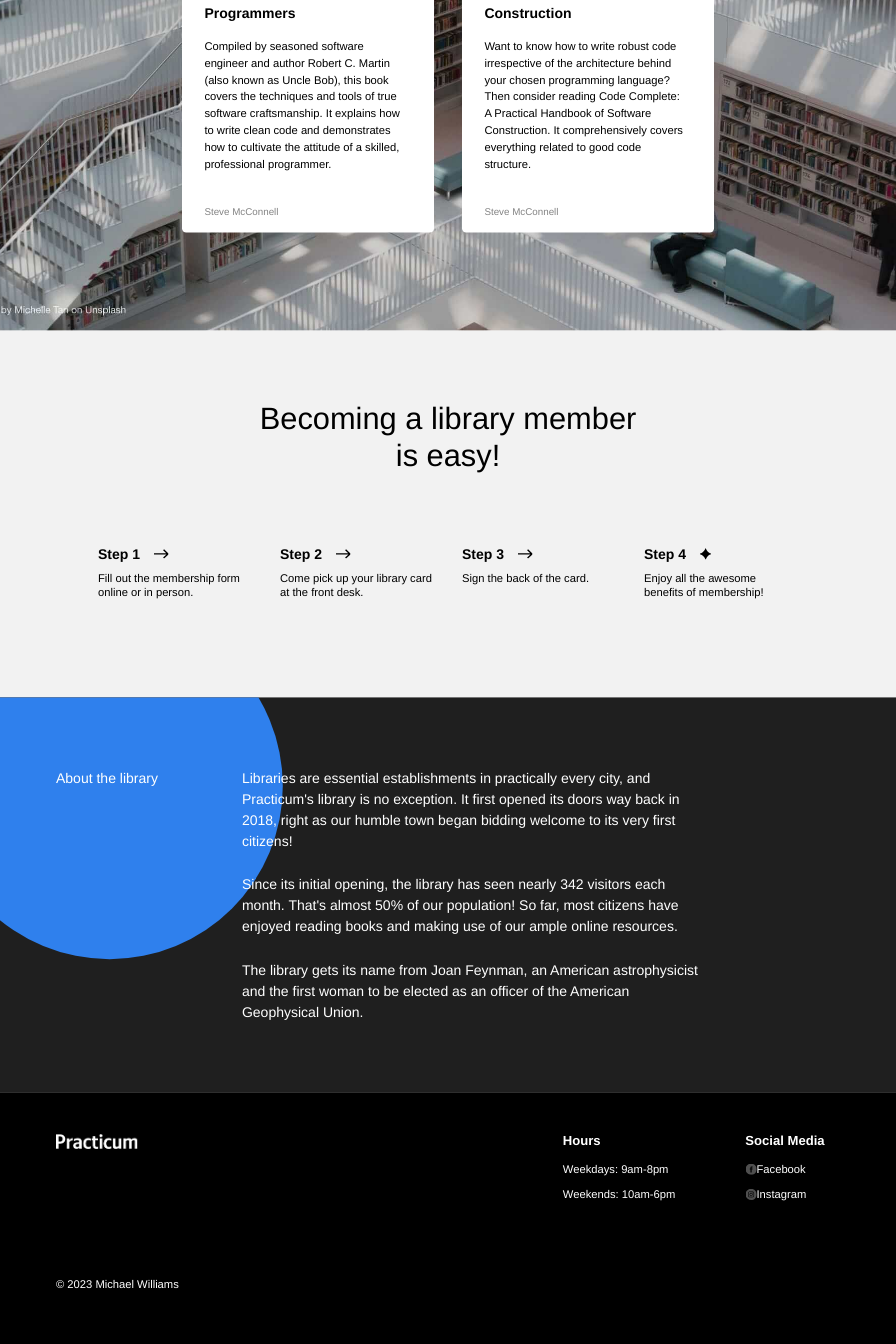
Repository: MWilliams-26/se_project_library
Page: index.html
An editor plug-in stored every save of this project. The page is shown before and after the next save, followed by the edit.
The browser window is 1280 px wide. The pictures show the part of the page from y = 2366 to 4286 px (the page is 4286 px tall), at 70% of full size.

Above is the page before, as saved 2023-04-05 09:58:18.

### index.html
<!DOCTYPE html>
<html lang="en">
  <head>
    <meta charset="UTF-8" />
    <meta name="viewport" content="width=device-width, initial-scale=1.0" />
    <title>Practicum Library</title>
    <link rel="shortcut icon" href="favicon.ico" />
    <link rel="stylesheet" href="./styles/normalize.css" />
    <link rel="stylesheet" href="./styles/style.css" />
  </head>

  <body>
    <!-- Wrap the entire page content in a new div with the page class. Remember to add the closing tag -->
    <div class="page">
      <header class="header">
        <nav class="nav">
          <img
            src="./images/logo.png"
            alt="Practicum Library Logo"
            class="logo"
          />
          <!-- Putting navigation links in a list is supposed to be the best practice of writing the semantic code since it allows screen readers to pause between each link instead of reading all the links as a sentence. -->
          <ul class="nav__links">
            <li>
              <a class="nav__link" href="#staff">Staff picks</a>
            </li>
            <li>
              <a class="nav__link" href="#events">Events</a>
            </li>
            <li>
              <a class="nav__link" href="#membership">Become a member</a>
            </li>
            <li>
              <a class="nav__link" href="#about">About</a>
            </li>
            <li>
              <a class="nav__link" href="#footer">Contacts</a>
            </li>
          </ul>
        </nav>
        <h1 class="header__title">Welcome to the Practicum Library</h1>
        <p class="header__description">
          We're pleased to open our library doors to everyone! Come and expand
          your development knowledge, or just use this lovely spot to work or
          study. This is a cool place for cool students!
        </p>
        <!-- ----------------------------------------------------------------- -->
        <!--               Don't uncomment until project stage 2               -->
        <!-- ----------------------------------------------------------------- -->
        <img
          src="./images/inside_the_library.png"
          alt="Illustration 'Inside the library'"
          class="header__image"
        />
        <div class="header__footer">
          <a class="header__link" href="#about">About the library &darr;</a>
          <p class="header__address">
            200 Success Avenue, The Town of Practicum
          </p>
        </div>
      </header>

      <main class="content">
        <section id="events" class="events">
          <div class="events__content">
            <h2 class="events__heading">Upcoming events:</h2>
            <h3 class="events__title">
              In honor of Joan Feynman: Women in astrophysics
            </h3>
            <div class="event-info events__info-section">
              <div class="event-info__item">
                <div
                  class="event-info__icon event-info__icon_type_calendar"
                ></div>
                <p class="event-info__text">Mon, January 12</p>
              </div>
              <div class="event-info__item">
                <div class="event-info__icon event-info__icon_type_pin"></div>
                <p class="event-info__text">
                  Practicum Library Conference Hall & Online
                </p>
              </div>
            </div>
            <p class="events__description">
              At this event, which celebrates the library's namesake, our guest
              lecturer will take us on a journey exploring some of the most
              prominent female researchers in the world of space science. It's
              easy to buy into the misconception that this field was mostly
              dominated by men, but our lecture aims to change that notion and
              prove that this hasn't been the case since at least the 18th
              century.
            </p>
            <a href="#" class="events__more">More events &rarr;</a>
          </div>
          <div class="events__cover">
            <img
              class="events__image"
              src="images/cafe.png"
              alt="events image"
            />
            <div class="person person_name_feynman">
              <p class="person__caption">Joann Feynman</p>
              <img
                class="person__image person__image_size_l"
                src="images/person_feynman.png"
                alt="Joann Feyman"
              />
            </div>
            <div class="person person_name_burbidge">
              <p class="person__caption">Margaret Burbidge</p>
              <img
                class="person__image person__image_size_m"
                src="images/person_burbidge.png"
                alt="Margaret Burbidge"
              />
            </div>
            <div class="person person_name_cannon">
              <img
                class="person__image person__image_size_m"
                src="images/person_cannon.png"
                alt="Annie Jump Cannon"
              />
              <p class="person__caption">Annie Jump Cannon</p>
            </div>
            <div class="person person_name_mitchell">
              <img
                class="person__image person__image_size_s"
                src="images/person_mitchell.png"
                alt="Maria Mitchell"
              />
              <p class="person__caption">Maria Mitchell</p>
            </div>
            <div class="person person_name_tarter">
              <p class="person__caption">Jill Tarter</p>
              <img
                class="person__image person__image_size_m"
                src="images/person_tarter.png"
                alt="Jill Tarter"
              />
            </div>
          </div>
        </section>

        <section id="staff" class="staff">
          <h2 class="staff__title">Staff picks</h2>
          <p class="staff__subtitle">That our readers love</p>
          <ul class="staff__cards">
            <li class="card">
              <div class="card__content">
                <h3 class="card__title">Introduction to Algorithms</h3>
                <p class="card__text">
                  The name of this book is self-explanatory; it's a proper
                  introduction to algorithms! Introduction to Algorithms, or
                  CLRS, in reference to the authors' last names, goes in-depth
                  and covers a range of algorithms across several self-contained
                  chapters.
                </p>
                <p class="card__footer">
                  Thomas H. Cormen, Charles E. Leiserson, Ronald L. Rivest,
                  Clifford Stein
                </p>
              </div>
            </li>

            <li class="card">
              <div class="card__content">
                <h3 class="card__title">
                  The Structure and Interpretation of Computer Programs (SICP)
                </h3>
                <p class="card__text">
                  This is one of the best books for learning the fundamentals of
                  programming. Featured by MIT in one of their foundational
                  programming courses, SICP is a general-purpose programming
                  book that uses Scheme to illustrate various programming
                  concepts.
                </p>
                <p class="card__footer">
                  Harold Abelson, Gerald Jay Sussman, Julie Sussman
                </p>
              </div>
            </li>

            <li class="card">
              <div class="card__content">
                <h3 class="card__title">
                  The Clean Coder: A Code of Conduct for Professional
                  Programmers
                </h3>
                <p class="card__text">
                  Compiled by seasoned software engineer and author Robert C.
                  Martin (also known as Uncle Bob), this book covers the
                  techniques and tools of true software craftsmanship. It
                  explains how to write clean code and demonstrates how to
                  cultivate the attitude of a skilled, professional programmer.
                </p>
                <p class="card__footer">Steve McConnell</p>
              </div>
            </li>

            <li class="card">
              <div class="card__content">
                <h3 class="card__title">
                  Code Complete: A Practical Handbook of Software Construction
                </h3>
                <p class="card__text">
                  Want to know how to write robust code irrespective of the
                  architecture behind your chosen programming language? Then
                  consider reading Code Complete: A Practical Handbook of
                  Software Construction. It comprehensively covers everything
                  related to good code structure.
                </p>
                <p class="card__footer">Steve McConnell</p>
              </div>
            </li>
          </ul>
        </section>

        <section id="membership" class="membership">
          <h2 class="membership__title">Becoming a library member is easy!</h2>
          <ul class="membership__steps">
            <li class="step">
              <h3 class="step__title">
                Step 1
                <img
                  src="./images/icon_step_forward.svg"
                  alt="icon forward"
                  class="step__icon"
                />
              </h3>
              <p class="step__description">
                Fill out the membership form online or in person.
              </p>
            </li>
            <li class="step">
              <h3 class="step__title">
                Step 2
                <img
                  src="./images/icon_step_forward.svg"
                  alt="icon forward"
                  class="step__icon"
                />
              </h3>
              <p class="step__description">
                Come pick up your library card at the front desk.
              </p>
            </li>
            <li class="step">
              <h3 class="step__title">
                Step 3
                <img
                  src="./images/icon_step_forward.svg"
                  alt="icon forward"
                  class="step__icon"
                />
              </h3>
              <p class="step__description">Sign the back of the card.</p>
            </li>
            <li class="step">
              <h3 class="step__title">
                Step 4
                <img
                  src="./images/icon_step_finish.svg"
                  alt="icon finish"
                  class="step__icon"
                />
              </h3>
              <p class="step__description">
                Enjoy all the awesome benefits of membership!
              </p>
            </li>
          </ul>
        </section>

        <section id="about" class="about">
          <h2 class="about__title">About the library</h2>
          <div class="about__content">
            <p class="about__paragraph">
              Libraries are essential establishments in practically every city,
              and Practicum's library is no exception. It first opened its doors
              way back in 2018, right as our humble town began bidding welcome
              to its very first citizens!
            </p>
            <p class="about__paragraph">
              Since its initial opening, the library has seen nearly 342
              visitors each month. That's almost 50% of our population! So far,
              most citizens have enjoyed reading books and making use of our
              ample online resources.
            </p>
            <p class="about__paragraph">
              The library gets its name from Joan Feynman, an American
              astrophysicist and the first woman to be elected as an officer of
              the American Geophysical Union.
            </p>
          </div>
          <div class="about__circle"></div>
        </section>
      </main>
      <footer id="footer" class="footer">
        <div class="footer__columns">
          <div class="footer__column">
            <img
              class="footer__logo"
              src="images/logo_white.png"
              alt="Practicum Logo"
            />
          </div>
          <div class="footer__column footer__column_content_hours">
            <h3 class="footer__column-heading">Hours</h3>
            <ul class="footer__list">
              <li class="footer__list-item">Weekdays: 9am-8pm</li>
              <li class="footer__list-item">Weekends: 10am-6pm</li>
            </ul>
          </div>
          <div class="footer__column footer__column_content_social">
            <h3 class="footer__column-heading">Social Media</h3>
            <ul class="footer__list">
              <li class="footer__list-item">
                <a class="footer__column-link" href="#">
                  <img
                    class="footer__social-icon"
                    src="images/facebook_white.svg"
                    alt="Facebook Icon"
                  />Facebook</a
                >
              </li>
              <li class="footer__list-item">
                <a class="footer__column-link" href="#">
                  <img
                    class="footer__social-icon"
                    src="images/instagram_white.svg"
                    alt="Instagram Icon"
                  />Instagram</a
                >
              </li>
            </ul>
          </div>
        </div>
        <p class="footer__copyright">&copy; 2023 Michael Williams</p>
      </footer>
    </div>
  </body>
</html>

### styles/style.css
.page {
  min-width: 1100px;
  max-width: 1600px;
  margin: 0 auto;
  font-family: Helvetica Neue, Arial, sans-serif;
  font-size: 16px;
  line-height: 20px;
}

.header {
  height: 100vh;
  min-height: 720px;
  max-height: 800px;
  padding: 30px 80px 0;
  position: relative;
  box-sizing: border-box;
}

.nav {
  display: flex;
  justify-content: space-between;
  align-items: stretch;
}

.logo {
  width: 196px;
  height: 60px;
}

.nav__links {
  margin-top: 8px;
  display: flex;
  column-gap: 20px;
  list-style: none;
  padding-left: 0;
}

.nav__link {
  color: #000000;
  text-decoration: none;
  font-weight: bold;
}

.nav__link:hover {
  color: #1f69c9;
}

.header__title {
  font-size: 66px;
  line-height: 76px;
  font-weight: 500;
  max-width: 544px;
  margin-top: 150px;
  margin-bottom: 32px;
}

.header__description {
  font-size: 20px;
  line-height: 30px;
  max-width: 532px;
  margin: 0;
}

.header__image {
  position: absolute;
  max-width: 636px;
  top: 135px;
  right: 20px;
  z-index: 1;
}

.header__footer {
  position: absolute;
  left: 0;
  bottom: 40px;
  width: 100%;
  display: flex;
  align-items: center;
  padding: 40px 80px 0;
  justify-content: space-between;
  box-sizing: border-box;
}

.header__link {
  color: #2f80ed;
  text-decoration: none;
}

.header__link:hover {
  color: #1f69c9;
}

.header__address {
  margin: 0;
  color: #838383;
}

.events {
  padding: 100px 0 120px 80px;
  display: flex;
  align-items: start;
  justify-content: space-between;
  box-sizing: border-box;
  background-color: #f2f2f2;
}
.events__content {
  flex-basis: 580px;
}

.events__heading {
  font-size: 20px;
  font-weight: 500;
  line-height: 30px;
  margin: 0;
}

.events__title {
  font-size: 44px;
  font-weight: 500;
  line-height: 52px;
  margin: 32px 0 0;
}

.events__info-section {
  margin-top: 32px;
}

.event-info__item {
  display: flex;
  align-items: center;
  margin-bottom: 4px;
  font-weight: 500;
}

.event-info__icon {
  background-repeat: no-repeat;
  background-position: center;
  margin-right: 12px;
  width: 24px;
  height: 24px;
}

.event-info__icon_type_calendar {
  background-image: url(../images/icon_calendar.svg);
}

.event-info__icon_type_pin {
  background-image: url(../images/icon_pin.svg);
}

.event-info__text {
  font-size: 20px;
  font-weight: 500;
  line-height: 30px;
  margin: 0;
}

.events__description {
  margin: 40px 0 60px;
}

.events__more {
  color: #2f80ed;
  text-decoration: none;
}

.events__more:hover {
  color: #1f69c9;
}
.events__cover {
  flex-grow: 1;
  flex-shrink: 0;
  flex-basis: 780px;
  max-width: 780px;
  position: relative;
}

.events__image {
  max-width: 100%;
}

.person {
  position: absolute;
  display: flex;
  align-items: center;
  flex-direction: column;
  gap: 10px;
}

.person_name_feynman {
  top: -30px;
  left: 319px;
}

.person_name_burbidge {
  top: 96px;
  right: 125px;
}

.person_name_cannon {
  bottom: 18px;
  right: 216px;
}

.person_name_mitchell {
  bottom: 82px;
  left: 142px;
}

.person_name_tarter {
  top: 79px;
  left: 159px;
}

.person__image {
  max-width: 100%;
}

.person__image_size_l {
  width: 140px;
}

.person__image_size_m {
  width: 100px;
}

.person__image_size_s {
  width: 80px;
}

.person__caption {
  text-align: center;
  font-size: 14px;
  margin: 0;
}
.staff {
  padding: 100px 0 140px;
  background-image: url(../images/staff_picks_background.jpg);
  background-size: cover;
  background-position: bottom;
}

.staff__title {
  text-align: center;
  font-size: 44px;
  line-height: 52px;
  margin: 0 0 24px;
  color: #ffffff;
}

.staff__subtitle {
  text-align: center;
  font-size: 20px;
  line-height: 30px;
  font-weight: 400;
  margin: 0;
  color: #ffffff;
}

.staff__cards {
  max-width: 760px;
  margin: auto;
  margin-top: 68px;
  display: flex;
  flex-wrap: wrap;
  justify-content: center;
  gap: 40px;
  list-style-type: none;
  padding: 0;
}

.card {
  background-color: #fff;
  border-radius: 6px;
  padding: 32px 40px 20px 32px;
  box-sizing: border-box;
  width: 360px;
  height: 420px;
}

.card__content {
  width: 100%;
  height: 100%;
  display: flex;
  flex-direction: column;
}

.card__title {
  font-size: 20px;
  line-height: 30px;
  font-weight: 700;
  margin: 0;
}

.card__text {
  margin: 20px 0 0;
  font-size: 16px;
  line-height: 24px;
}

.card__footer {
  margin: 0;
  font-size: 14px;
  line-height: 20px;
  color: #838383;
  margin-top: auto;
}

.membership {
  padding: 100px 0 140px;
  background-color: #f2f2f2;
}

.membership__title {
  max-width: 574px;
  margin: 0 auto;
  text-align: center;
  font-size: 44px;
  font-weight: 500;
  line-height: 52px;
}

.membership__steps {
  list-style-type: none;
  padding: 0;
  margin: 100px 0 0;
  display: flex;
  flex-direction: row;
  justify-content: center;
  gap: 40px;
}

.step {
  max-width: 220px;
  flex-basis: 220px;
}

.step__title {
  margin: 0;
  font-size: 20px;
  line-height: 30px;
  font-weight: 700;
  display: flex;
  align-items: center;
}

.step__icon {
  margin-left: 20px;
}

.step__description {
  margin: 10px 0 0;
}

.about {
  padding: 100px 80px;
  background-color: #1f1f1f;
  color: #fff;
  overflow: hidden;
  position: relative;
  box-sizing: border-box;
  display: flex;
}

.about__title {
  margin: 0;
  font-size: 20px;
  line-height: 30px;
  font-weight: 500;
  z-index: 1;
  max-width: 154px;
}

.about__content {
  font-size: 20px;
  line-height: 30px;
  font-weight: 400;
  max-width: 660px;
  z-index: 1;
  padding-left: 120px;
}

.about__paragraph {
  margin: 0 0 32px;
}

.about__paragraph:last-child {
  margin: 0;
}

.about__circle {
  background-color: #2f80ed;
  width: 495px;
  height: 495px;
  border-radius: 50%;
  z-index: 0;
  position: absolute;
  left: -91px;
  top: -121px;
}

.footer {
  box-sizing: border-box;
  background-color: #000000;
  padding: 60px 102px 60px 80px;
  font-size: 16px;
  line-height: 20px;
}

.footer__columns {
  display: flex;
  color: #ffffff;
}

.footer__column_content_hours {
  margin-left: auto;
  display: flex;
  flex-direction: column;
}

.footer__column_content_social {
  margin-left: 100px;
}

.footer__logo {
  width: 116px;
  height: 21px;
  font-size: 20px;
}

.footer__list {
  list-style-type: none;
  padding: 0;
  margin: 0;
}

.footer__list-item {
  margin-bottom: 16px;
}

.footer__list-item:last-of-type {
  margin-bottom: 0;
}

.footer__column-heading {
  margin: 0 0 20px;
}

.footer__column-link {
  color: white;
  font-size: 16px;
  line-height: 20px;
  text-decoration: none;
  display: flex;
  align-items: center;
}

.footer__column-link:hover {
  color: #c1c1c1;
}

.footer__social-icon {
  width: 16px;
  height: 16px;
}

.footer__copyright {
  margin-top: 108px;
  color: white;
}

Loaded but not shown: styles/normalize.css (library)

After the next save:
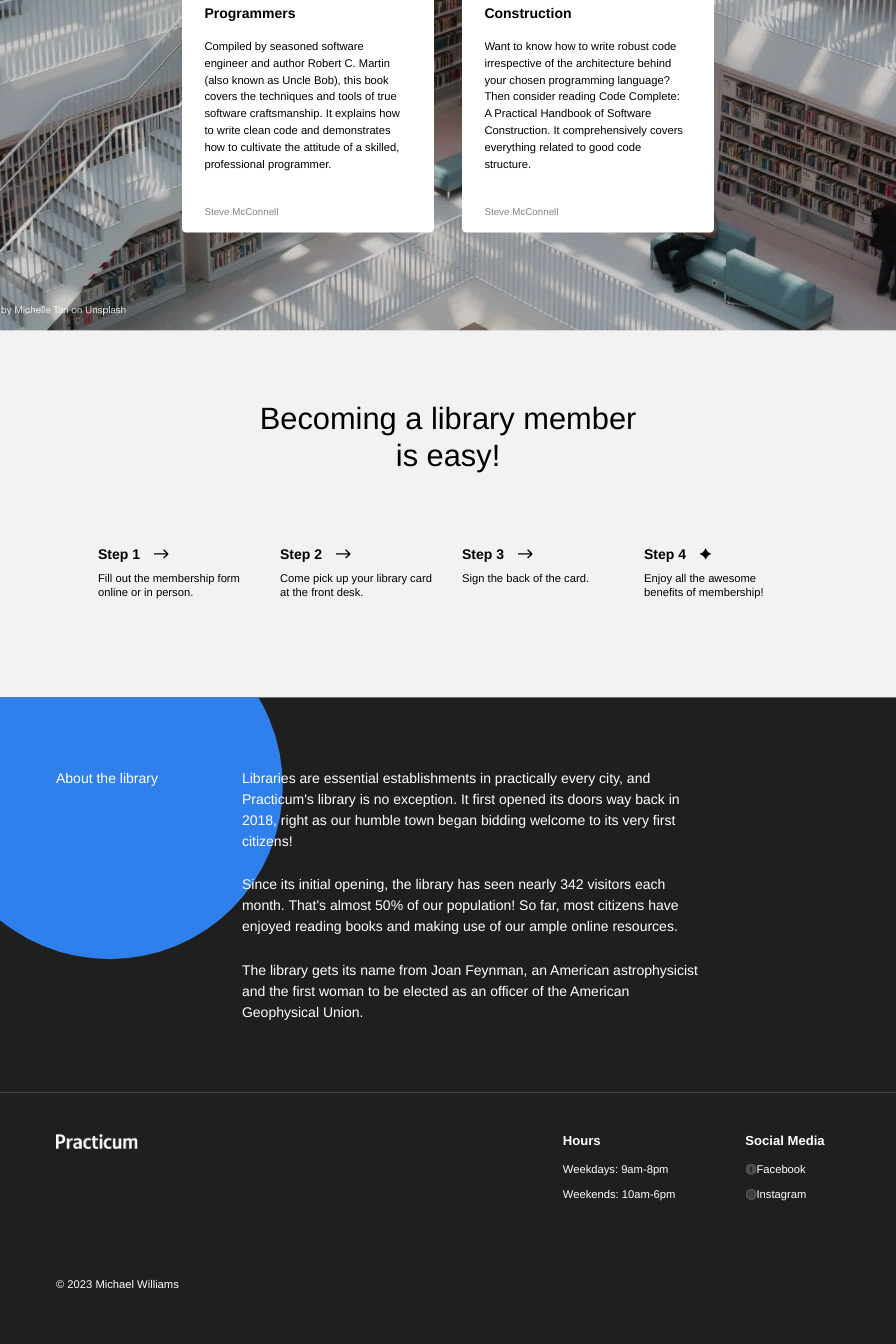
Saved 2 min 25 s later.
--- a/styles/style.css
+++ b/styles/style.css
@@ -401,7 +401,7 @@
 
 .footer {
   box-sizing: border-box;
-  background-color: #000000;
+  background-color: #1f1f1f;
   padding: 60px 102px 60px 80px;
   font-size: 16px;
   line-height: 20px;
